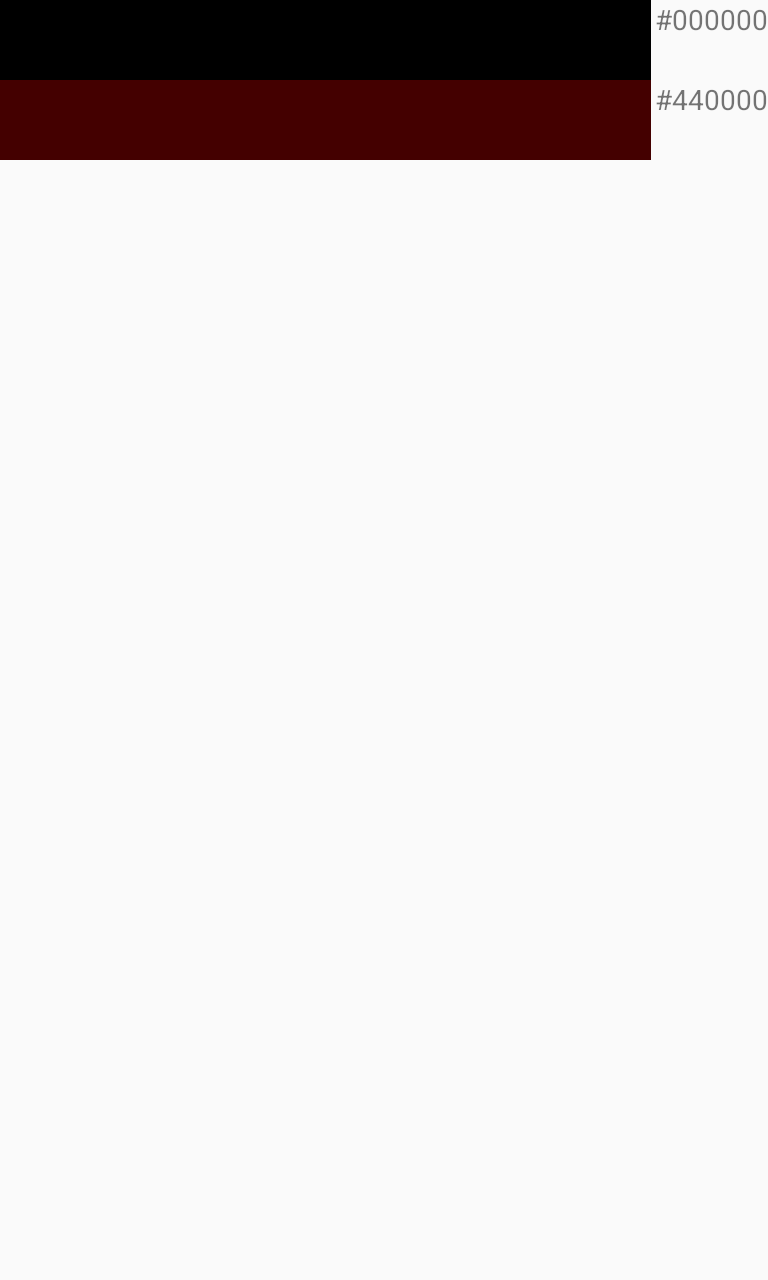
Repository: fitrahyusuf/FITRAH
Layout: MengenalScrollView/res/layout/main.xml
These files come from the project's save history. The layout is drawn as it stood at one moment and after the next save; the edit follows.
It is drawn on a 768 x 1280 px phone screen (xhdpi) without system bars, with theme AppTheme; the app's code is not run.

Above is the layout before, as saved 2015-05-05 10:13:50.

### MengenalScrollView/res/layout/main.xml
<?xml version="1.0" encoding="utf-8" ?>
<ScrollView

    xmlns:android="http://schemas.android.com/apk/res/android"
    android:id="@+id/scrollView"
    android:layout_width="fill_parent"
    android:layout_height="fill_parent">

    <TableLayout android:id="@+id/tableLayout1"
        android:layout_width="fill_parent"
        android:layout_height="fill_parent"
        android:stretchColumns="0">

        <TableRow>
            <View android:background="#000000"
                android:layout_height="80px">
            </View>
            <TextView android:paddingLeft="4px"
                android:text="#000000"
                android:gravity="center_vertical">
            </TextView>
        </TableRow>
        <TableRow>
            <View android:background="#440000"
                android:layout_height="80px">
            </View>
            <TextView android:paddingLeft="4px"
                android:text="#440000"
                android:gravity="center_vertical">
            </TextView>
        </TableRow>
    </TableLayout>
</ScrollView>

Loaded but not shown: MengenalScrollView/res/values/styles.xml (common file); MengenalScrollView/res/values-v11/styles.xml (common file); MengenalScrollView/res/values-v14/styles.xml (common file)

After the next save:
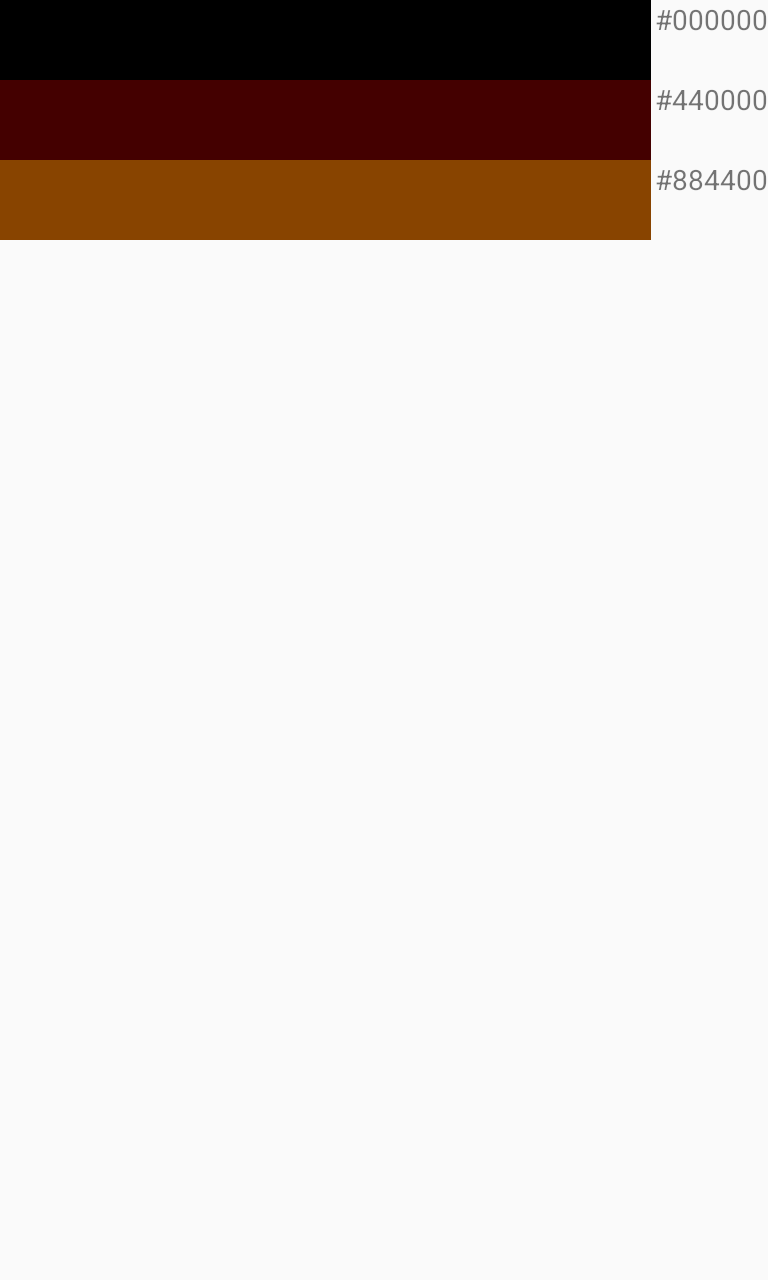
Saved 3 min 5 s later.
--- a/MengenalScrollView/res/layout/main.xml
+++ b/MengenalScrollView/res/layout/main.xml
@@ -29,5 +29,15 @@
                 android:gravity="center_vertical">
             </TextView>
         </TableRow>
+        <TableRow>
+            <View android:background="#884400"
+                android:layout_height="80px">
+            </View>
+            <TextView android:paddingLeft="4px"
+                	android:text="#884400"
+                	android:gravity="center_vertical">
+
+            </TextView>
+        </TableRow>
     </TableLayout>
 </ScrollView>
